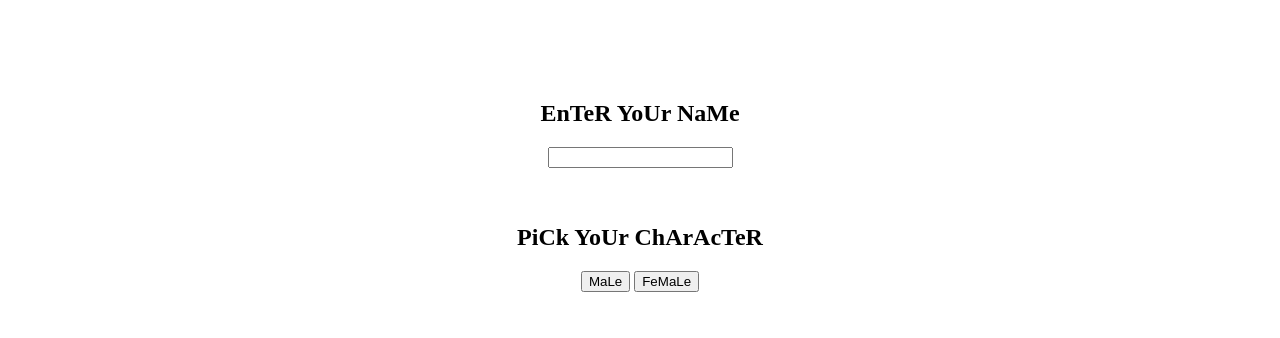
Repository: mutuz786/GameProject
Page: gameproject-app/WebContent/index.html
The author's editor kept a copy of each file at every save. The page is drawn from the files as they stood at one save, then again after the next save.
The browser window is 1280 px wide. The pictures show the whole page.

Above is the page before, as saved 2020-06-09 13:41:49.

### gameproject-app/WebContent/index.html
<!DOCTYPE html>
<html>
<head>
<meta charset="ISO-8859-1">
<title>Game</title>
</head>
<body>
	<br>
	<br>
	<br>
	<br>
	<div align="center">
		<h2>EnTeR YoUr NaMe</h2>
		<input ="text" id="name" width=100/> <br> <br> <br>
		<h2>PiCk YoUr ChArAcTeR</h2>
		<button>MaLe</button>
		<button>FeMaLe</button>
	</div>
</body>
</html>

After the next save:
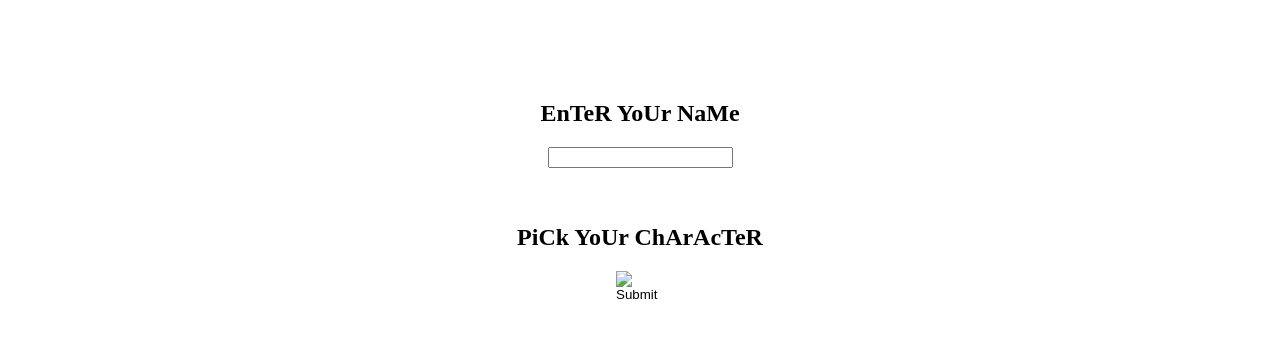
Not found: gameproject-app/WebContent/guy.png
Saved 21 min 40 s later.
--- a/gameproject-app/WebContent/index.html
+++ b/gameproject-app/WebContent/index.html
@@ -11,10 +11,11 @@
 	<br>
 	<div align="center">
 		<h2>EnTeR YoUr NaMe</h2>
-		<input ="text" id="name" width=100/> <br> <br> <br>
+		<input ="text" id="name" width=100 /> <br> <br> <br>
 		<h2>PiCk YoUr ChArAcTeR</h2>
-		<button>MaLe</button>
-		<button>FeMaLe</button>
+		<input type="image" src="guy.png" alt="Submit" width="48"
+			height="48">
+
 	</div>
 </body>
 </html>
